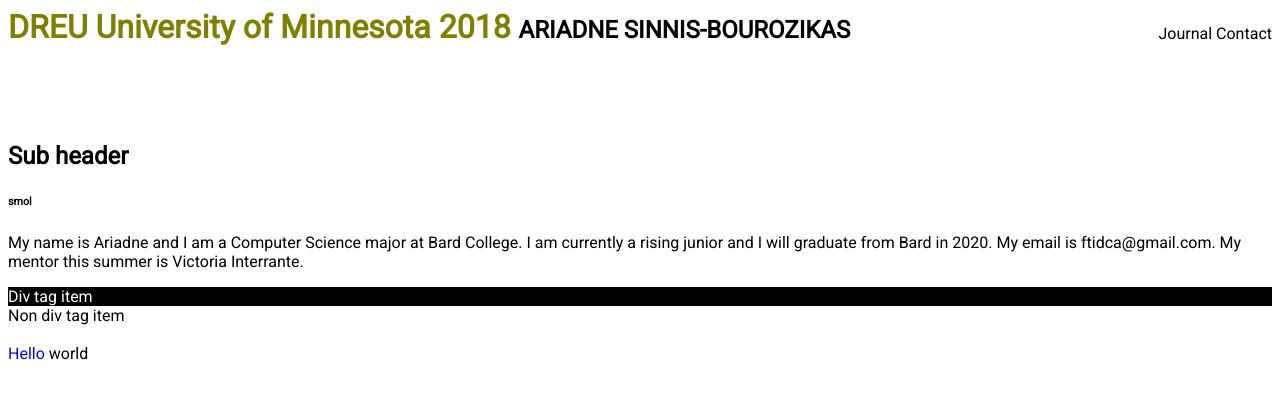
Repository: ariadnesb/dreu2018
Page: index.html
The author's editor kept a record of every edit. The page is drawn from the files as they stood at one moment, then again after the next edit.
The browser window is 1280 px wide. The pictures show the whole page.

Above is the page before.

### index.html
<!DOCTYPE html>
<html>
    <head>
        <title>It's me</title>
        <link rel="stylesheet" href="styles.css">
        <link href="https://fonts.googleapis.com/css?family=Roboto" rel="stylesheet">
    </head>

    <body>
        <div id="header">
            <h1>DREU University of Minnesota 2018 </h1>
            <h2>ARIADNE SINNIS-BOUROZIKAS</h2>

            <ul class="nav-bar">
                <li><a href="/journal.html">Journal</a></li>
                <li><a href="/contact.html">Contact</a></li>

        </div>


        <br><br>
        <br><br>


        <h2>Sub header</h2>
        <h6>smol</h6>

        <p>
        My name is Ariadne and I am a Computer Science major at Bard College. I am currently a rising junior and I will graduate from Bard in 2020. My email is ftidca@gmail.com.

        My mentor this summer is Victoria Interrante.
        </p>

        <!--- divs and spans can have 1 id but many classes -->
        <div id="custom-id">
            Div tag item
        </div>
        Non div tag item

        <br><br>
        <span class="custom-class">Hello</span> world



    </body>

</html>

### styles.css
html {
  /* everything that u put here will impact contents of <html>
  aka everything */
  font-family: 'Roboto', sans-serif;
  background-color: offwhite;

}

#custom-id {
    background-color: black;
    color: white;
}

.custom-class{
    color: blue;
    display: inline;

}

#name {
    color: #66D167;
}

#header h1 {
    display: inline;
    color: olive;
}

#header h2 {
    display: inline;
}

#header .nav-bar  {
    display: inline;
    float: right;
    list-style-type: none;
    /*margin: 0;*/
    padding: 0;

}

#header li {
    display: inline;
    padding: 0;
    background-color: none;
}

 a {
    text-decoration: none;
    display: inline;
    color: black;

}

 a:hover {
    background-color: olive;
    display: inline;
    color:white;
}

#emb_link {
    text-decoration: underline;
}

After the next edit:
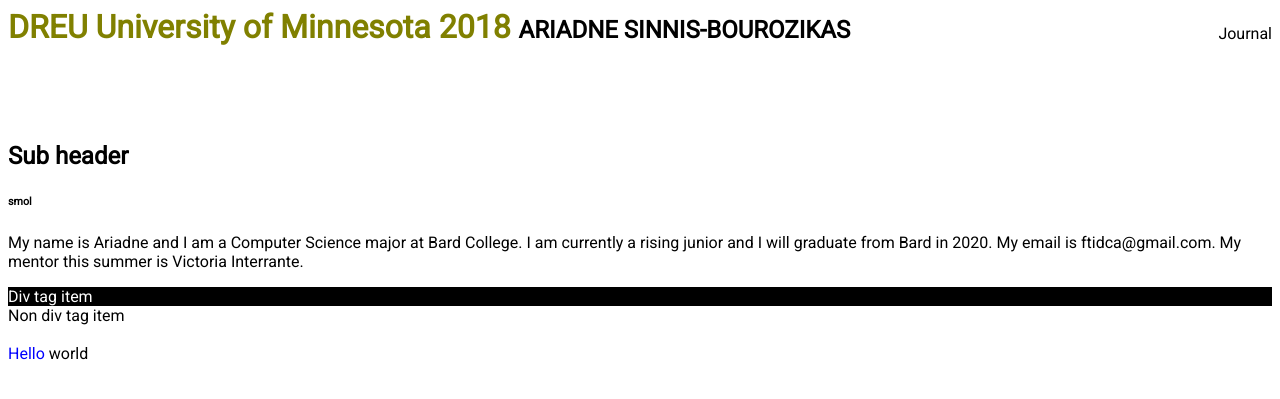
The edit:
--- a/index.html
+++ b/index.html
@@ -13,7 +13,7 @@
 
             <ul class="nav-bar">
                 <li><a href="/journal.html">Journal</a></li>
-                <li><a href="/contact.html">Contact</a></li>
+                <!-- <li><a href="/contact.html">Contact</a></li> -->
 
         </div>
 
